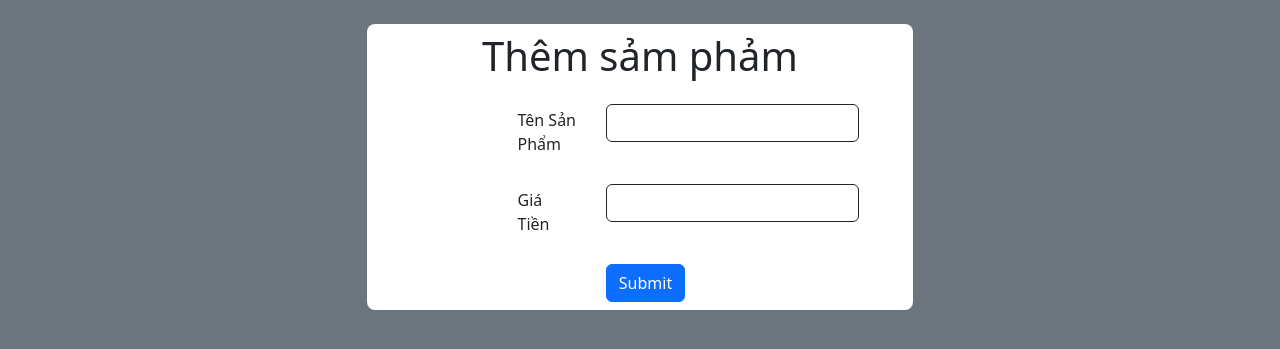
Repository: HT-35/iuh
Page: thi GK/index.html
The author's editor kept a copy of each file at every save. The page is drawn from the files as they stood at one save, then again after a run of saves.
The browser window is 1280 px wide. The pictures show the whole page.

Above is the page before, as saved 2024-03-25 11:50:48.
Console error: TypeError: Cannot read properties of null (reading 'addEventListener')

### thi GK/index.html
<!DOCTYPE html>
<html lang="en">

<head>
  <meta charset="UTF-8">
  <meta name="viewport" content="width=device-width, initial-scale=1.0">
  <title>Call API from Form Input</title>
  <link href="https://cdn.jsdelivr.net/npm/bootstrap@5.3.3/dist/css/bootstrap.min.css" rel="stylesheet">
</head>

<body class="container bg-secondary">

  <div class="row">

    <div class="col-sm-3 col-md-3 col-lg-3"></div>

    <div class="col-sm-6 col-md-6 col-lg-6">
      <div class="  bg-white rounded-3 p-2 w-100 mt-4">
        <div class="row">

          <div class="title col-sm-12 col-md-12 col-lg-12">
            <h1 class="text-center">Thêm sảm phảm</h1>
          </div>
        </div>

        <form action="#" class="">
          <div class="mb-3 mt-3 row">
            <div class="col-0 col-sm-2 col-md-2 col-lg-3  ">

            </div>
            <div class="col-6 col-sm-4 col-md-4 col-lg-2  ">
              <label for="email" class="form-label p-1">Tên Sản Phẩm</label>
            </div>
            <div class="col-6 col-sm-6 col-md-6 col-lg-6"><input type="email" class="form-control border border-dark"
                id="email" placeholder="" name="email"></div>
          </div>



          <div class="mb-3 mt-3 row">
            <div class="col-0 col-sm-2 col-md-2 col-lg-3  ">

            </div>
            <div class="col-6 col-sm-4 col-md-4 col-lg-2  ">
              <label for="email" class="form-label p-1">Giá Tiền</label>
            </div>
            <div class="col-6 col-sm-6 col-md-6 col-lg-6"><input type="email" class="form-control border border-dark"
                id="email" placeholder="" name="email"></div>
          </div>

          <div class="row">
            <div class=" col-4 col-sm-5 col-md-5 col-lg-5 "></div>
            <div class=" col-6 col-sm-3 col-md-3 col-lg-3 "><button type="submit"
                class="btn  btn-primary">Submit</button>
            </div>
            <div class=" col-6 col-sm-4 col-md-4 col-lg-4 "></div>

          </div>
        </form>
        <div id="result"></div>
      </div>

    </div>


    <div class="col-sm-3 col-md-3 col-lg-3"></div>
  </div>



  <script src="https://cdn.jsdelivr.net/npm/bootstrap@5.3.3/dist/js/bootstrap.bundle.min.js"></script>
  <script src="script.js"></script>
</body>

</html>

### thi GK/script.js
document.addEventListener("DOMContentLoaded", function () {
  document
    .getElementById("apiForm")
    .addEventListener("submit", function (event) {
      event.preventDefault(); // Ngăn chặn sự kiện mặc định của form

      var inputData = document.getElementById("inputData").value; // Lấy dữ liệu từ input

      // Gửi yêu cầu fetch đến API
      fetch("URL_API_CỦA_BẠN", {
        method: "POST",
        headers: {
          "Content-Type": "application/json",
        },
        body: JSON.stringify({ data: inputData }),
      })
        .then((response) => {
          if (!response.ok) {
            throw new Error("Network response was not ok");
          }
          return response.json();
        })
        .then((data) => {
          // Xử lý dữ liệu trả về từ API
          document.getElementById("result").innerText =
            "API Response: " + JSON.stringify(data);
        })
        .catch((error) => {
          // Xử lý lỗi
          console.error("Error:", error);
          document.getElementById("result").innerText =
            "Error: " + error.message;
        });
    });
});

After the next 3 saves:
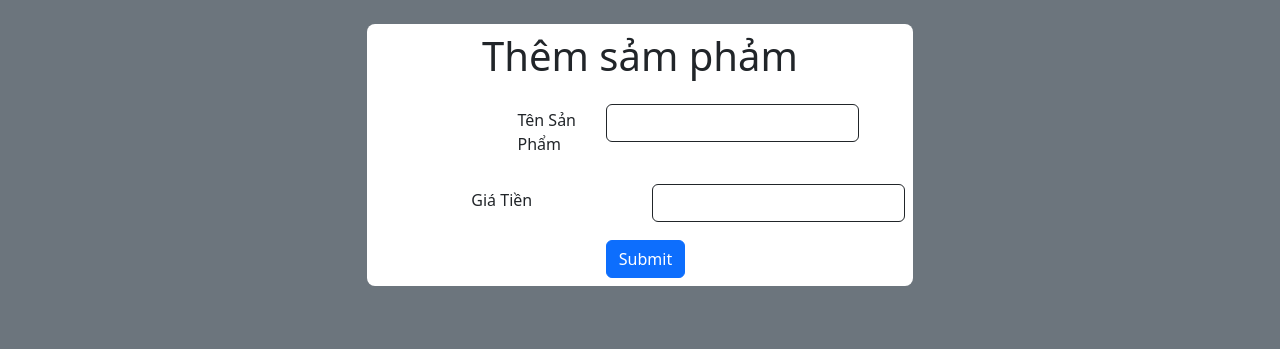
The 3 saves are shown as one change because they came seconds apart.
The last was saved 24 s later.
--- a/thi GK/index.html
+++ b/thi GK/index.html
@@ -38,10 +38,10 @@
 
 
           <div class="mb-3 mt-3 row">
-            <div class="col-0 col-sm-2 col-md-2 col-lg-3  ">
+            <div class="col-0 col-sm-2 col-md-2 col-lg-2  ">
 
             </div>
-            <div class="col-6 col-sm-4 col-md-4 col-lg-2  ">
+            <div class="col-6 col-sm-4 col-md-4 col-lg-4  ">
               <label for="email" class="form-label p-1">Giá Tiền</label>
             </div>
             <div class="col-6 col-sm-6 col-md-6 col-lg-6"><input type="email" class="form-control border border-dark"
